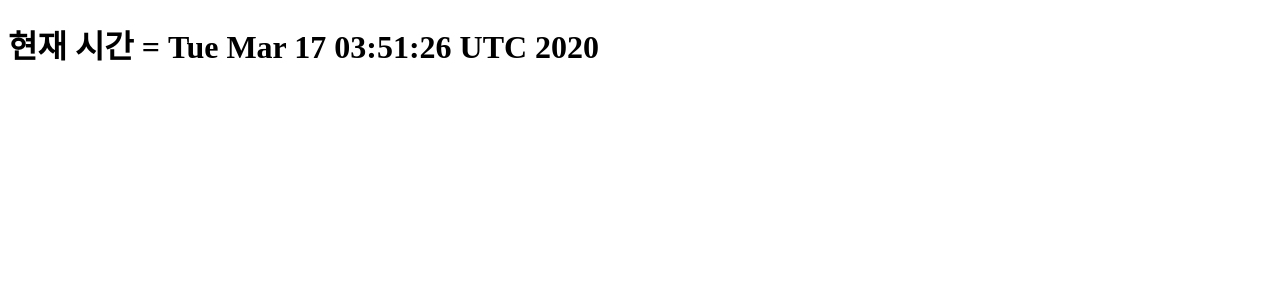
Repository: godnjchs/JSPData
Page: http://localhost/JspTest2/NewFile.jsp
These files come from the project's save history. The page is drawn as it stood at one moment and after the next save; the edit follows.
The browser window is 1280 px wide. The pictures show the whole page.
The page is served by Tomcat 9.

Above is the page before, as saved 2020-03-17 03:53:44.

### JspTest2/WebContent/NewFile.jsp
<%@page import="java.util.Date"%>
<%@ page language="java" contentType="text/html; charset=UTF-8"
    pageEncoding="UTF-8" trimDirectiveWhitespaces ="true" %>
<!DOCTYPE html>
<html>
<head>
<meta charset="UTF-8">
<title>Insert title here</title>
</head>
<body>
	<%
		Date date = new Date();
	%>
	<h1>현재 시간 = <%= date %></h1>

</body>
</html>

After the next save:
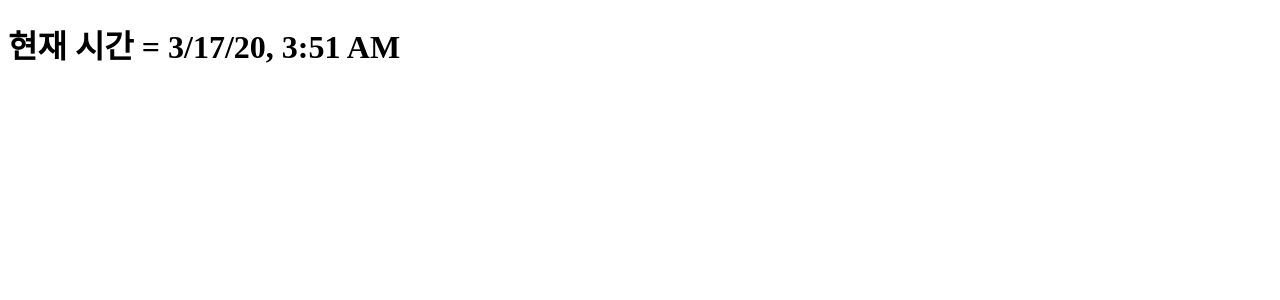
Saved 96 s later.
--- a/JspTest2/WebContent/NewFile.jsp
+++ b/JspTest2/WebContent/NewFile.jsp
@@ -1,3 +1,4 @@
+<%@page import="java.text.SimpleDateFormat"%>
 <%@page import="java.util.Date"%>
 <%@ page language="java" contentType="text/html; charset=UTF-8"
     pageEncoding="UTF-8" trimDirectiveWhitespaces ="true" %>
@@ -10,8 +11,10 @@
 <body>
 	<%
 		Date date = new Date();
+		SimpleDateFormat formet = new SimpleDateFormat();
+
 	%>
-	<h1>현재 시간 = <%= date %></h1>
+	<h1>현재 시간 = <%= formet.format(date) %></h1>
 
 </body>
 </html>
